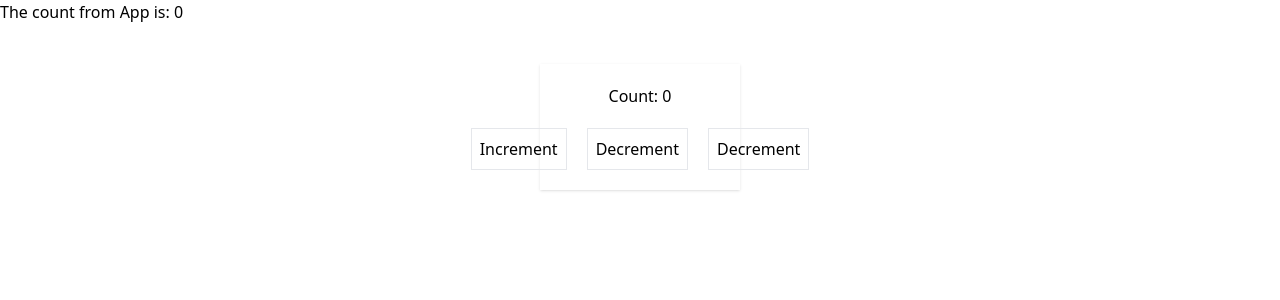
Repository: ngothiep2412/react-redux-course
Page: /
The author's editor kept a copy of each file at every save. The page is drawn from the files as they stood at one save, then again after a run of saves.
The browser window is 1280 px wide. The pictures show the whole page.
The project was rebuilt for these pictures with package versions that can differ from the ones it lists, and the page was loaded fresh each time. Also part of the build but not shown: src/App.css.

Above is the page before, as saved 2022-08-08 22:45:39.

### src/index.js
import React from "react";
import { createRoot } from "react-dom/client";
import App from "./App";
import reportWebVitals from "./reportWebVitals";
import "./index.css";
import { Provider } from "react-redux";
import store from "./redux/configureStore";

const container = document.getElementById("root");
const root = createRoot(container);

root.render(
  <React.StrictMode>
    <Provider store={store}>
      <App />
    </Provider>
  </React.StrictMode>
);

// If you want to start measuring performance in your app, pass a function
// to log results (for example: reportWebVitals(console.log))
// or send to an analytics endpoint. Learn more: https://bit.ly/CRA-vitals
reportWebVitals();

### src/App.js
import React, { useState } from "react";
import "./App.css";
import Counter from "./components/Counter";
import { useSelector } from "react-redux";

function App() {
  // const [count, setCount] = useState(0);
  const { count } = useSelector((state) => state.counter);
  return (
    <div>
      <h2>The count from App is: {count}</h2>
      <Counter></Counter>
    </div>
  );
}

export default App;

### src/redux/configureStore.js
import { createStore, combineReducers } from "redux";
import counterReducer from "./counter";

const reducer = combineReducers({
  // key: value
  counter: counterReducer,
});

const store = createStore(reducer);

export default store;

### src/components/Counter.js
import React from "react";
import { useSelector, useDispatch } from "react-redux";
import { decrement, increment } from "../redux/counter";
const Counter = () => {
  const { count } = useSelector((state) => state.counter);
  const dispatch = useDispatch();
  const handleIncrement = () => {
    dispatch(increment());
  };
  const handleDecrement = () => {
    dispatch(decrement());
  };
  return (
    <div className="flex flex-col items-center p-5 bg-white shadow w-[200px] mx-auto mt-10">
      <h2 className="mb-5">Count: {count}</h2>
      <div className="flex items-center justify-center gap-x-5">
        <button
          className="inline-block p-2 border border-gray-200"
          onClick={handleIncrement}
        >
          Increment
        </button>
        <button
          className="inline-block p-2 border border-gray-200"
          onClick={handleDecrement}
        >
          Decrement
        </button>
        <button
          className="inline-block p-2 border border-gray-200"
          onClick={handleDecrement}
        >
          Decrement
        </button>
      </div>
    </div>
  );
};

export default Counter;

### src/redux/counter.js
const INCREMENT = "increment";
const DECREMENT = "decrement";
const initialState = {
  count: 0,
};

export const increment = () => ({
  type: INCREMENT,
});

export const decrement = () => ({
  type: DECREMENT,
});

function counterReducer(state = initialState, action) {
  switch (action.type) {
    case INCREMENT:
      return {
        ...state,
        count: state.count + 1,
      };
    case DECREMENT:
      return {
        ...state,
        count: state.count - 1,
      };
    default:
      return state;
  }
}

export default counterReducer;

Loaded but not shown: public/index.html (common file); src/reportWebVitals.js (common file); src/index.css (common file); tailwind.config.js (common file)

After the next 2 saves:
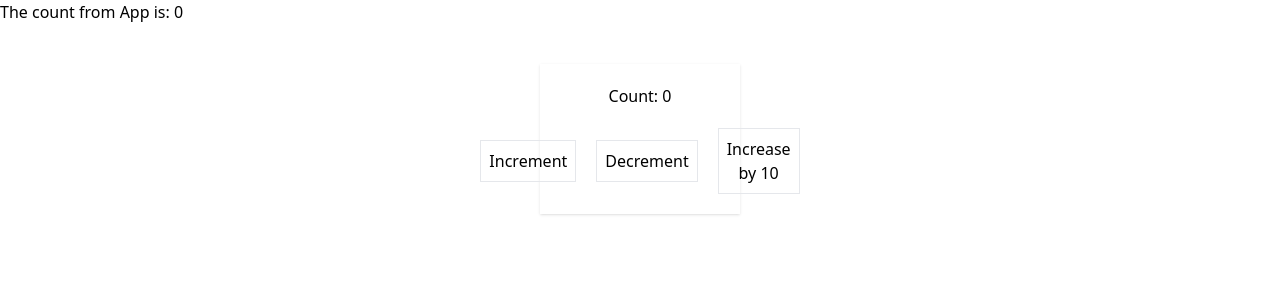
The 2 saves are shown as one change because they came seconds apart.
The last was saved 17 s later.
--- a/src/components/Counter.js
+++ b/src/components/Counter.js
@@ -28,9 +28,9 @@ const Counter = () => {
         </button>
         <button
           className="inline-block p-2 border border-gray-200"
-          onClick={handleDecrement}
+          // onClick={handleDecrement}
         >
-          Decrement
+          Increase by 10
         </button>
       </div>
     </div>
